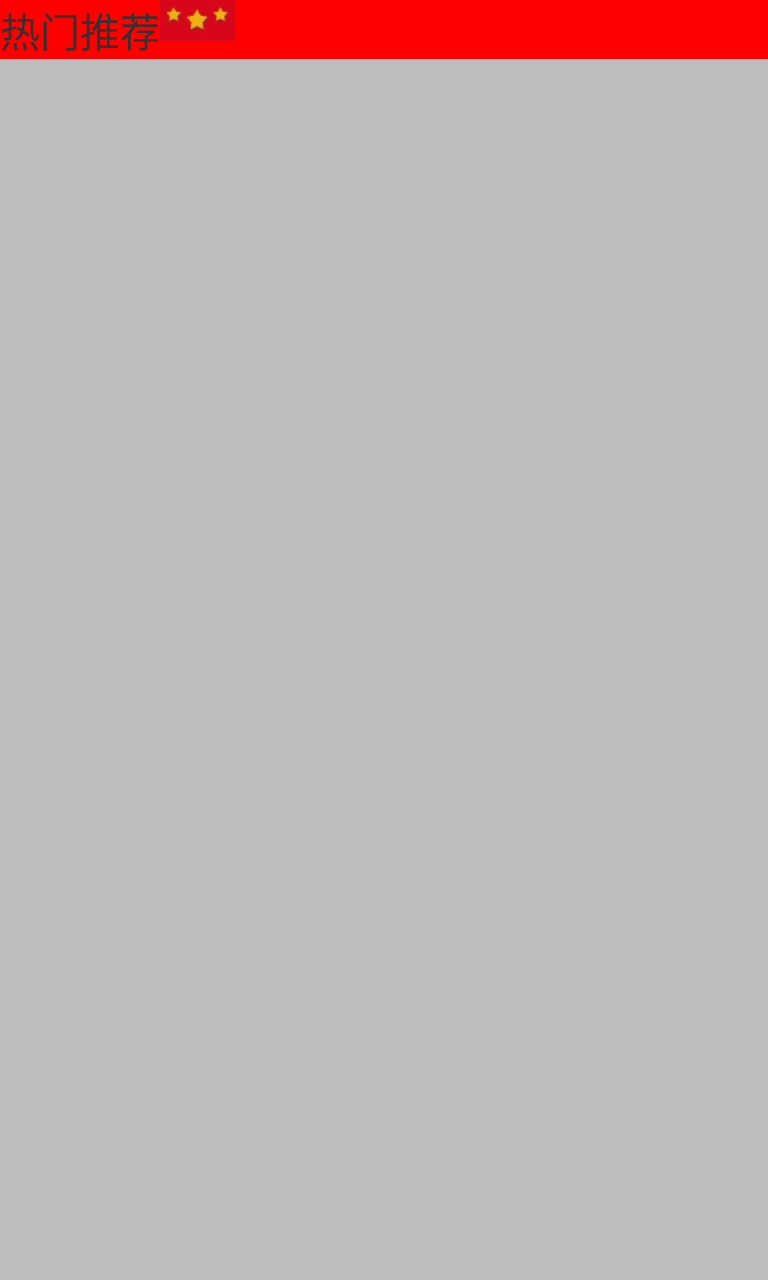
Repository: hhxiaojQCS/QCS_ListView
Layout: QCS/res/layout/activity_toprecommended.xml
The author's editor kept a copy of each file at every save. The layout is drawn from the files as they stood at one save, then again after the next save.
It is drawn on a 768 x 1280 px phone screen (xhdpi) without system bars, with theme AppTheme; the app's code is not run. Lists and similar views that code fills are empty.

Above is the layout before, as saved 2013-08-07 06:40:04.

After the next save:
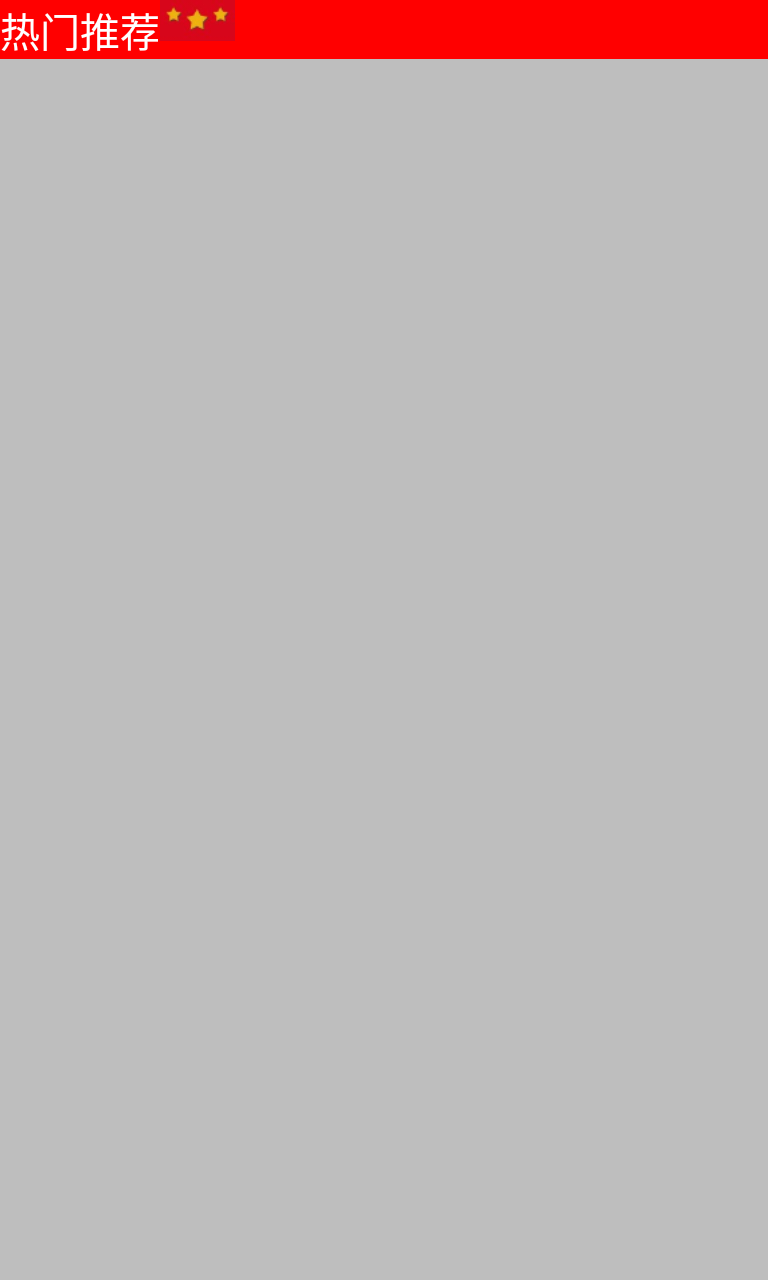
Saved 2 min 11 s later.
--- a/QCS/res/layout/activity_toprecommended.xml
+++ b/QCS/res/layout/activity_toprecommended.xml
@@ -11,6 +11,7 @@
         android:layout_height="wrap_content"
         android:background="#FF0000"
         android:gravity="left"
+        android:android:paddingLeft="20dip"
         android:orientation="horizontal" >
 
         <TextView
@@ -18,6 +19,7 @@
             android:layout_width="wrap_content"
             android:layout_height="wrap_content"
             android:text="热门推荐"
+            android:textColor="#FFFFFF"
             android:textSize="20sp" />
 
        <ImageView
